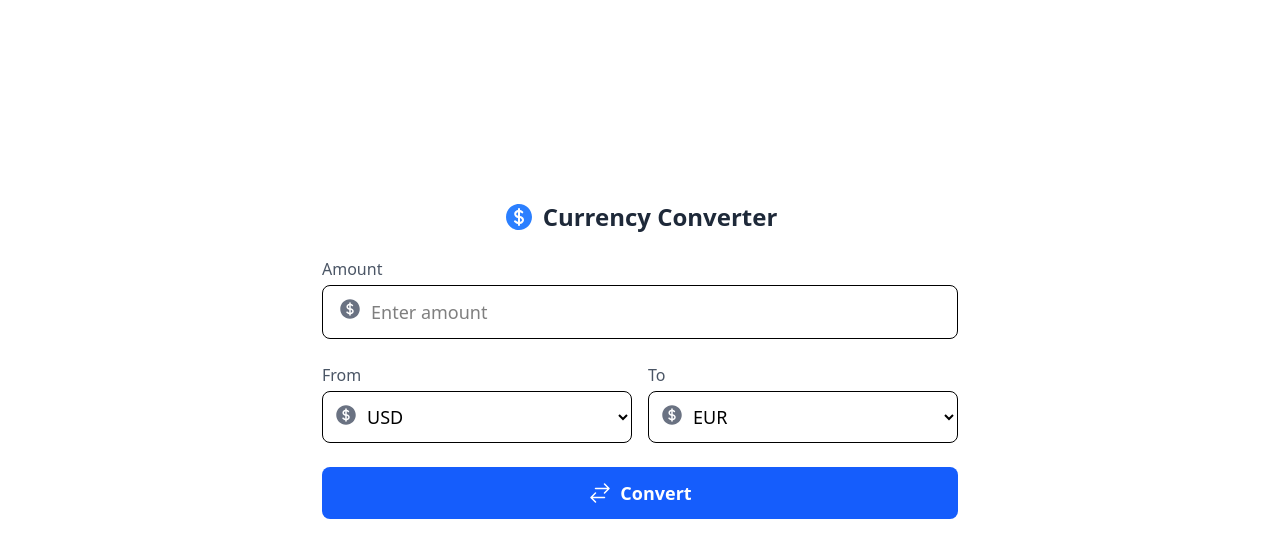
Repository: adrcstro/withcenter_developer_exam
Page: /
These files come from the project's save history. The page is drawn as it stood at one moment and after the next save; the edit follows.
The browser window is 1280 px wide. The pictures show the whole page.
The project was rebuilt for these pictures with package versions that can differ from the ones it lists, and the page was loaded fresh each time. Also part of the build but not shown: vite.config.ts.

Above is the page before, as saved 2025-03-16 19:55:36.

After the next save:
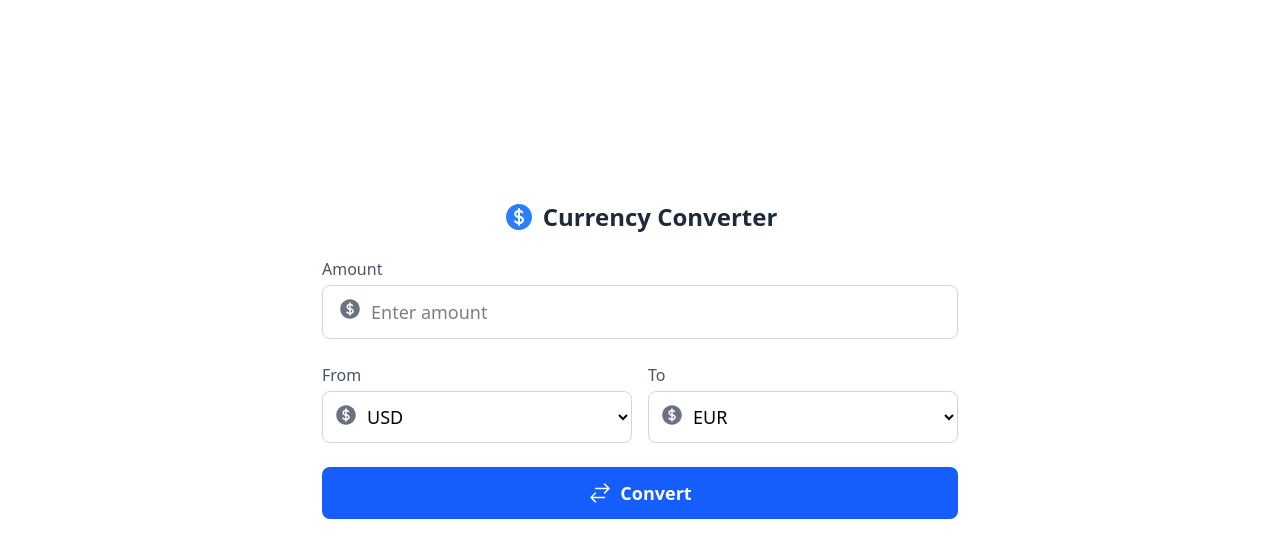
Saved 62 s later.
--- a/src/App.tsx
+++ b/src/App.tsx
@@ -26,57 +26,57 @@ function App() {
 
         {/* Amount Input */}
         <div className="mb-6">
-          <label className="block text-gray-600 text-base font-medium">Amount</label>
-          <div className="relative">
-            <input
-              type="number"
-              value={amount}
-              onChange={(e) => setAmount(e.target.value)}
-              className="w-full mt-1 pl-12 pr-4 py-3 border rounded-lg text-lg focus:outline-none focus:ring-2 focus:ring-blue-400"
-              placeholder="Enter amount"
-            />
-            <CurrencyDollarIcon className="w-6 h-6 text-gray-500 absolute left-4 top-4" />
-          </div>
-        </div>
+  <label className="block text-gray-600 text-base font-medium">Amount</label>
+  <div className="relative">
+    <input
+      type="number"
+      value={amount}
+      onChange={(e) => setAmount(e.target.value)}
+      className="w-full mt-1 pl-12 pr-4 py-3 border border-gray-300 rounded-lg text-lg focus:outline-none focus:ring-2 focus:ring-blue-400"
+      placeholder="Enter amount"
+    />
+    <CurrencyDollarIcon className="w-6 h-6 text-gray-500 absolute left-4 top-4" />
+  </div>
+</div>
 
-        {/* Currency Selection */}
-        <div className="flex gap-4 mb-6">
-          <div className="w-1/2">
-            <label className="block text-gray-600 text-base font-medium">From</label>
-            <div className="relative">
-              <select
-                value={fromCurrency}
-                onChange={(e) => setFromCurrency(e.target.value)}
-                className="w-full mt-1 pl-10 pr-4 py-3 border rounded-lg text-lg focus:outline-none focus:ring-2 focus:ring-blue-400"
-              >
-                {currencies.map((currency) => (
-                  <option key={currency} value={currency}>
-                    {currency}
-                  </option>
-                ))}
-              </select>
-              <CurrencyDollarIcon className="w-6 h-6 text-gray-500 absolute left-3 top-4" />
-            </div>
-          </div>
+{/* Currency Selection */}
+<div className="flex gap-4 mb-6">
+  <div className="w-1/2">
+    <label className="block text-gray-600 text-base font-medium">From</label>
+    <div className="relative">
+      <select
+        value={fromCurrency}
+        onChange={(e) => setFromCurrency(e.target.value)}
+        className="w-full mt-1 pl-10 pr-4 py-3 border border-gray-300 rounded-lg text-lg focus:outline-none focus:ring-2 focus:ring-blue-400"
+      >
+        {currencies.map((currency) => (
+          <option key={currency} value={currency}>
+            {currency}
+          </option>
+        ))}
+      </select>
+      <CurrencyDollarIcon className="w-6 h-6 text-gray-500 absolute left-3 top-4" />
+    </div>
+  </div>
 
-          <div className="w-1/2">
-            <label className="block text-gray-600 text-base font-medium">To</label>
-            <div className="relative">
-              <select
-                value={toCurrency}
-                onChange={(e) => setToCurrency(e.target.value)}
-                className="w-full mt-1 pl-10 pr-4 py-3 border rounded-lg text-lg focus:outline-none focus:ring-2 focus:ring-blue-400"
-              >
-                {currencies.map((currency) => (
-                  <option key={currency} value={currency}>
-                    {currency}
-                  </option>
-                ))}
-              </select>
-              <CurrencyDollarIcon className="w-6 h-6 text-gray-500 absolute left-3 top-4" />
-            </div>
-          </div>
-        </div>
+  <div className="w-1/2">
+    <label className="block text-gray-600 text-base font-medium">To</label>
+    <div className="relative">
+      <select
+        value={toCurrency}
+        onChange={(e) => setToCurrency(e.target.value)}
+        className="w-full mt-1 pl-10 pr-4 py-3 border border-gray-300 rounded-lg text-lg focus:outline-none focus:ring-2 focus:ring-blue-400"
+      >
+        {currencies.map((currency) => (
+          <option key={currency} value={currency}>
+            {currency}
+          </option>
+        ))}
+      </select>
+      <CurrencyDollarIcon className="w-6 h-6 text-gray-500 absolute left-3 top-4" />
+    </div>
+  </div>
+</div>
 
         {/* Convert Button */}
         <button
